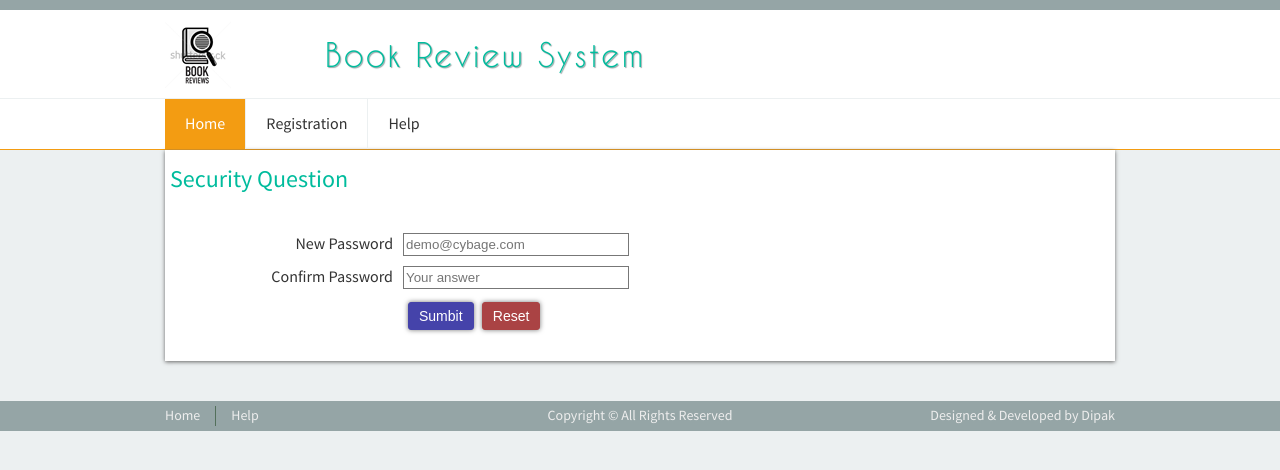
Repository: dipaksh/MyMiniProject
Page: http://localhost/BookReviewSystem/resetpassword.jsp
The author's editor kept a copy of each file at every save. The page is drawn from the files as they stood at one save, then again after the next save.
The browser window is 1280 px wide. The pictures show the whole page.
The page is served by Tomcat 9. Other server files are loaded and not shown.

Above is the page before, as saved 2016-09-20 13:45:11.

### LastDayDestiny/BookReviewSystem/WebContent/resetpassword.jsp

<!DOCTYPE html PUBLIC "-//W3C//DTD XHTML 1.0 Transitional//EN" "http://www.w3.org/TR/xhtml1/DTD/xhtml1-transitional.dtd">
<html xmlns="http://www.w3.org/1999/xhtml">

	<head>
		<meta content="text/html; charset=utf-8" http-equiv="Content-Type" />

		<title>Book Review System</title>
		<link rel="stylesheet" type="text/css" href="css/960_24_col.css" />
		<link rel="stylesheet" type="text/css" href="css/fonts.css" charset="utf-8" />
		<link href="css/validationEngine.jquery.css" rel="stylesheet" type="text/css" />
		<link rel="stylesheet" type="text/css" href="css/style.css" />
		<link rel="stylesheet" type="text/css" href="css/forms.css" />
		<script type="text/javascript" src="js/jquery-1.8.3.min.js"></script>
		<script src="js/jquery-ui-1.9.2.custom.min.js" type="text/javascript"></script>
		<script src="js/jquery.validationEngine.js" type="text/javascript"></script>
		<script src="js/jquery.validationEngine-en.js" type="text/javascript"></script>
		<script type="text/javascript" src="js/jquery.bxslider.min.js"></script>
		<script type="text/javascript" src="js/jquery.prettyPhoto.js"></script>
		<script type="text/javascript" src="js/custom.js"></script>
		<script type="text/javascript">
		var relTag = "home";
		</script>
	</head>
<body>
	<!-- HEADER START -->
	<div class="header">
	<div class="dark-nav">
			<div class="container_24">
				<div class="grid_12">
					<ul class="nav-alt">
					<li>

						<a href=""><b></b></a>
					</ul>
				</div>
				<div class="grid_12">

				</div>
				<div class="clear"></div>
			</div>
		</div>

		<div class="container_24">
			<div class="grid_4">
				<img alt="logo" src="images/bookreview.png" class="img-logo" />
			</div>
			<div class="grid_20">
				<h1 class="title">Book Review System</h1>
			</div>
			<div class="clear"></div>
		</div>

		<div class="nav-main-container">
			<div class="container_24">
				<div class="grid_24">
					<ul id="topmenunav" class="nav-main">
						<li><a rel="home" href=""index.jsp"">Home</a></li>
						<li><a rel="citizen" href="registration.jsp">Registration</a></li>
						<li><a rel="help" href="help.html">Help</a></li>
					</ul>
				</div>
				<div class="clear"></div>
			</div>
		</div>
	</div>
	<!-- HEADER END -->


	<!-- CONTENTS START -->
	<div class="container_24">
		<div class="grid_24">
			<div class="contents">

			<div class="grid_18 omega">
						 &nbsp;&nbsp;<h2>Security Question</h2>
							<div class="padding_20 text-justify">
								<form id="frmMain" class="frmMain" action="#" method="post">
									<table class="form-table" style="width:auto">
									<tr>
											<th>
												New Password
											</th>
											<td>
												<input id="email" type="text"  class="validate[required]" name="email" style="width:120%" placeholder="demo@cybage.com" value="" onChange="verifyemailid()" />

											</td>

										</tr>

										<tr>
											<th>
												Confirm Password
											</th>
											<td>
												<input id="answer" type="text"  class="validate[required]" name="answer" style="width:120%" placeholder="Your answer" value=""  />
											</td>

										</tr>
										<tr>
											<th>
												&nbsp;
											</th>
											<td>
												<input id="Submit1" type="submit" value="Sumbit"  />
												<input id="Reset1" type="reset" value="Reset" onclick="this.form.clear();" />
											</td>
										</tr>
									</table>
								</form>
							</div>
						</div>

					<div class="clear"></div>
					</div>
				</div>
			</div>

				<div class="clear"></div>
				<div class="padding_20 text-justify">

				</div>

		</div>
	</div>
	<!-- CONTENTS END -->



	<!-- FOOTER START -->
	<div class="dark-nav footer">
		<div class="container_24">
			<div class="grid_8">
				<ul class="nav-alt">
					<li><a href=""index.jsp"">Home</a></li>
					<li><a href="#">Help</a></li>
				</ul>
			</div>
			<div class="grid_8">
				<div class="text-center">Copyright &copy; All Rights Reserved</div>
			</div>
			<div class="grid_8">
				<div class="text-right">Designed &amp; Developed by Dipak</div>
			</div>
			<div class="clear"></div>
		</div>
	</div>
	<!-- FOOTER START -->


</body>

</html>

### LastDayDestiny/BookReviewSystem/WebContent/css/fonts.css
@font-face {
    font-family: 'entypo';
    src: url('../fonts/entypo.eot');
    src: url('../fonts/entypo.eot?#iefix') format('embedded-opentype'),
         url('../fonts/entypo.woff') format('woff'),
         url('../fonts/entypo.ttf') format('truetype'),
         url('../fonts/entypo.svg#entypo') format('svg');
    font-weight: normal!important;
    font-style: normal!important;
}

@font-face {
    font-family: 'source_sans_proregular';
    src: url('../fonts/sourcesanspro-regular-webfont.eot');
    src: url('../fonts/sourcesanspro-regular-webfont.eot?#iefix') format('embedded-opentype'),
         url('../fonts/sourcesanspro-regular-webfont.woff') format('woff'),
         url('../fonts/sourcesanspro-regular-webfont.ttf') format('truetype'),
         url('../fonts/sourcesanspro-regular-webfont.svg#source_sans_proregular') format('svg');
    font-weight: normal;
    font-style: normal;

}

@font-face {
    font-family: 'caviar_dreamsregular';
    src: url('../fonts/CaviarDreams-webfont.eot');
    src: url('../fonts/CaviarDreams-webfont.eot?#iefix') format('embedded-opentype'),
         url('../fonts/CaviarDreams-webfont.woff') format('woff'),
         url('../fonts/CaviarDreams-webfont.ttf') format('truetype'),
         url('../fonts/CaviarDreams-webfont.svg#caviar_dreamsregular') format('svg');
    font-weight: normal;
    font-style: normal;

}

### LastDayDestiny/BookReviewSystem/WebContent/css/validationEngine.jquery.css



/* Z-INDEX */
 .formError { z-index: 990; }
    .formError .formErrorContent { z-index: 991; }
    .formError .formErrorArrow { z-index: 996; }

    .ui-dialog .formError { z-index: 5000; }
    .ui-dialog .formError .formErrorContent { z-index: 5001; }
    .ui-dialog .formError .formErrorArrow { z-index: 5006; }




.inputContainer {
	position: relative;
	float: left;
}

.formError {
	position: absolute;
	top: 300px;
	left: 300px;
	display: block;
	cursor: pointer;
	text-align: left;
}

.formError.inline {
	position: relative;
	top: 0;
	left: 0;
	display: inline-block;
}

.ajaxSubmit {
	padding: 20px;
	background: #55ea55;
	border: 1px solid #999;
	display: none;
}

.formError .formErrorContent {
	width: 100%;
	background: #ac193d;
	position:relative;
	color: #fff;
	min-width: 120px;
	font-size: 11px;
	border: 1px solid #ddd;
	box-shadow: 0 0 3px #000;
	-moz-box-shadow: 0 0 3px #000;
	-webkit-box-shadow: 0 0 3px #000;
	-o-box-shadow: 0 0 3px #000;
	padding: 4px 10px 4px 10px;
	border-radius: 3px;
	-moz-border-radius: 3px;
	-webkit-border-radius: 3px;
	-o-border-radius: 3px;
}

.formError.inline .formErrorContent {
	box-shadow: none;
	-moz-box-shadow: none;
	-webkit-box-shadow: none;
	-o-box-shadow: none;
	border: none;
	border-radius: 0;
	-moz-border-radius: 0;
	-webkit-border-radius: 0;
	-o-border-radius: 0;
}

.greenPopup .formErrorContent {
	background: #33be40;
}

.blackPopup .formErrorContent {
	background: #393939;
	color: #FFF;
}

.formError .formErrorArrow {
	width: 15px;
	margin: -2px 0 0 13px;
	position:relative;
}
body[dir=rtl] .formError .formErrorArrow, body.rtl .formError .formErrorArrow {
	margin: -2px 13px 0 0;
}

.formError .formErrorArrowBottom {
	box-shadow: none;
	-moz-box-shadow: none;
	-webkit-box-shadow: none;
	-o-box-shadow: none;
	margin: 0px 0 0 12px;
	top:2px;
}

.formError .formErrorArrow div {
	border-left: 2px solid #ddd;
	border-right: 2px solid #ddd;
	box-shadow: 0 2px 3px #444;
	-moz-box-shadow: 0 2px 3px #444;
	-webkit-box-shadow: 0 2px 3px #444;
	-o-box-shadow: 0 2px 3px #444;
	font-size: 0px;
	height: 1px;
	background: #ac193d;
	margin: 0 auto;
	line-height: 0;
	font-size: 0;
	display: block;
}

.formError .formErrorArrowBottom div {
	box-shadow: none;
	-moz-box-shadow: none;
	-webkit-box-shadow: none;
	-o-box-shadow: none;
}

.greenPopup .formErrorArrow div {
	background: #33be40;
}

.blackPopup .formErrorArrow div {
	background: #393939;
	color: #FFF;
}

.formError .formErrorArrow .line10 {
	width: 15px;
	border: none;
}

.formError .formErrorArrow .line9 {
	width: 13px;
	border: none;
}

.formError .formErrorArrow .line8 {
	width: 11px;
}

.formError .formErrorArrow .line7 {
	width: 9px;
}

.formError .formErrorArrow .line6 {
	width: 7px;
}

.formError .formErrorArrow .line5 {
	width: 5px;
}

.formError .formErrorArrow .line4 {
	width: 3px;
}

.formError .formErrorArrow .line3 {
	width: 1px;
	border-left: 2px solid #ddd;
	border-right: 2px solid #ddd;
	border-bottom: 0 solid #ddd;
}

.formError .formErrorArrow .line2 {
	width: 3px;
	border: none;
	background: #ddd;
}

.formError .formErrorArrow .line1 {
	width: 1px;
	border: none;
	background: #ddd;
}

### LastDayDestiny/BookReviewSystem/WebContent/css/style.css
.test
{
	background-color:#ccc;
}

body{
	background-color:#ecf0f1;
	font-family: 'source_sans_proregular';
	font-size:16px;
	line-height:20px;
	margin:0;
	color:#333;
}

a
{
	color:#e67e22;
	text-decoration: none;
	-webkit-transition: all 200ms ease-in;
    -o-transition: all 200ms ease-in;
    -moz-transition: all 200ms ease-in;
}
a:hover
{
	color:#00bc9d;
}
a img {
	border: 0;
}

p{
	margin-top:0;
	margin-bottom:10px;
	text-align:justify;
}
hr
{
	margin:5px 0;
	border-color:#ccc;
	border-right:0 none;
	border-width:1px 0 0;
	border-style:solid;
	box-sizing:content-box;
	-moz-box-sizing:content-box;
}

h1{
	font-family: 'caviar_dreamsregular';
	font-size:32px;
	letter-spacing:2px;
	color:#00bc9d;
	font-weight:normal;
}
h2{
	font-size:24px;
	color:#00bc9d;
	font-weight:normal;
	margin-top:0;
}
h3{
	font-size:18px;
	font-weight:normal;
	margin-top:0;
	margin-bottom:0;
}
h4{
	color:#00bc9d;
	font-size:18px;
	font-weight:normal;
	margin-top:0;
	margin-bottom:0;

}
h5
{
	font-size:20px;
	color:#00bc9d;
	font-weight:normal;
	margin-top:0;

}
h6
{
	font-size:16px;
	color:#f39c11;
	font-weight:normal;
	margin:0 5px 0 0;
	padding:0;
	display:inline-block;
}


h7
{
	font-size:16px;
	color:#00bc9d;
	font-weight:normal;
	margin-top:0;

}


.icon
{
	font-family: 'entypo';
	line-height:0;
	font-size:30px;
	margin:0 5px 0 5px;
}


.icon-link
{
	position:relative;
}
.icon-link .icon
{
	position:absolute;
	float:right;
	top:2px;
}


/* HEADER */
.header{
	background-color:#fff;
	border-bottom:1px solid #f39c12;
}


.dark-nav{
	background-color:#95a5a6;
	padding:5px 0;
	color:#eee;
}

.dark-nav input[type=button],
.dark-nav input[type=submit]
{
	padding:1px 5px;
	margin:0;
}


.nav-alt{
	list-style-type:none;
	margin:0;
	padding:0;
	font-size:14px;
}
.nav-alt li{
	float:left;
	margin:0;
	padding:0 15px;
	border-left:1px solid #53705b;
}
.nav-alt li:first-child{
	padding-left:0;
	border-left:0;
}
.nav-alt li a{
	color:#eee;
}
.nav-alt li a:hover{
	color:#fff;
}


.img-logo{
	margin:5px 0;
}
.title{
	margin-top:35px;
	-webkit-text-shadow: 1px 1px 1px #95a5a6;
	-moz-text-shadow: 1px 1px 1px #95a5a6;
	text-shadow: 1px 1px 1px #95a5a6;
}


/* MAIN MENU */
.nav-main-container{
	border-top:1px solid #ecf0f1;
}
.nav-main,
.nav-main ul{
	list-style-type:none;
	margin:0;
	padding:0;
}
.nav-main li{
	float:left;
	margin:0;
	padding:0;
	border-left:1px solid #ecf0f1;
	position:relative;
}
.nav-main li:first-child{
	border-left:0;
}
.nav-main li a{
	color:#333;
	padding:15px 20px;
	display:block;
}
.nav-main li:hover,
.nav-main li.active,
.nav-main li.active a,
.nav-main li:hover a{
	color:#fff;
	background-color:#f39c12;
}
.nav-main ul{
	z-index:9999;
	position:absolute;
	left:0;
	top: 50px;
	display: none;
	background-color: #f39c12;
	/*width: 160px;*/
}
.nav-main li li{
	border-left: 0;
	border-bottom: 1px solid #ecf0f1;
	width: 165px;
}
.nav-main li li:hover,
.nav-main li li:hover a{
	background-color:#e67e22;
}
.nav-main li:hover ul{
	display: block;
}
.nav-main .icon
{
	display:block;
	float:right;
	margin:3px 0 0 7px;
}



/* CONTENTS */
.contents{
	background-color:#fff;
	-webkit-box-shadow: 0px 1px 4px #666;
	-moz-box-shadow: 0px 1px 4px #666;
	box-shadow: 0px 1px 4px #666;
}


/* ACCORDION & SIDEBAR & NEWS-TICKER */
.nav-sidebar
{
	background-color:#ecf0f1;
}
.accordion
{
}
.nav-sidebar ul
{
	list-style-type:none;
	margin:0;
	padding:0;
}
.ui-accordion .ui-accordion-header
{
	padding:12px 10px;
	display:block;
	background-color:#6ba4e7;
	color:#fff;
	cursor: pointer;
	position: relative;
	zoom: 1;
	margin-bottom:1px;
}
.ui-accordion .ui-accordion-content
{
	background-color:#ecf0f1;
	padding:10px;
	zoom: 1;
	margin-bottom:1px;
}
.nav-sidebar h3
{
	padding:12px 10px;
	display:block;
	background-color:#6ba4e7;
	color:#fff;
	cursor: pointer;
	position: relative;
	zoom: 1;
	margin-bottom:1px;
}

.nav-sidebar li
{
	padding:10px;
	border-top:1px solid #fff;
}
.nav-sidebar li:first-child
{
	border:0;
}
.nav-sidebar li a
{
	color:#333;
}
.nav-sidebar li.active a,
.nav-sidebar li a:hover
{
	color:#e67e22;
}
.ui-accordion.nav-sidebar .ui-accordion-content
{
	padding:0px;
}
.news-ticker
{
}
.news-ticker .icon
{
	color:#fd5760;
	display:block;
	float:left;
	font-size:50px;
	margin:2px 5px 0 0px;
	padding-bottom:20px;
}
.news-ticker1
{
}
.news-ticker1 .icon
{
	color:#fd5760;
	//display:block;
	float:left;
	font-size:30px;
	margin:0px 0px 0 0px;
	padding-bottom:20px;
}

.bx-wrapper
{
	margin-top:-1px!important;
}


/* TABS */
.tabs-container
{
}
.tabs,
.tabs ul
{
	list-style-type:none;
	margin:0;
	padding:0;
	display:block;
	width:100%;
}
.tabs li
{
	float:left;
	background-color:#ecf0f1;
	margin-right:1px;
}
.tabs li a
{
	color:#333;
	display:block;
	padding:10px 20px;
}
.tabs .ui-state-hover,
.tabs .ui-state-hover a,
.tabs .ui-state-active,
.tabs .ui-state-active a
{
	color:#fff;
	background-color:#6ba5e7;
}
.tabs-contents
{
	border:1px solid #ecf0f1;
	padding:10px;
}


/* SLIDER */
.slider-container{
	background-color:#7f8c8d;
	padding:20px 0;
}
.slider{
	position: relative;
    overflow: hidden;
}
.slider .icon
{
	display:block;
	float:right;
	margin:3px 0 0 7px;
}

ul.slider,
.slider ul{
	list-style-type:none;
	margin:0;
	padding:0;
}
.slider li{
	float:left;
	background-color:#fff;
	padding:5px 5px 0 5px;
	-webkit-box-shadow: 0px 0px 4px #000;
	-moz-box-shadow: 0px 0px 4px #000;
	box-shadow: 0px 0px 4px #000;

}
.slider img{
	width:150px;
	height:120px;
}
.slider-left,
.slider-right{
	font-family: 'entypo';
	font-size:50px;
	display:block;
	text-align:center;
	width:42px;
	height:42px;
	cursor:default;
	margin-top:40px;
	padding:1px;
	background-color:#fff;
}
.slider-right{
	margin-left:-13px;
}
.slider-left a,
.slider-right a{
	color:#f39c12;
}

.slider-left img,
.slider-right img{
	margin-top:40px;
}



/* FOOTER */
.footer{
	font-size:14px;
}



/* HELPERS */
.table11{
	border-collapse:collapse;
	border-spacing:0;
	border-color:#ecf0f1;
	margin-bottom:5px;
}



.table11 th{
	background-color:#ecf0f1;
	text-align:center;
	border:1px solid #cfd6d8;
}

.table11 td{

	padding:5px;
	border:1px solid #cfd6d8;
}

.table11 b1{


	border:1px solid #000000;

}


.text-indent{
	text-indent: 20px;
}
.text-right{
	text-align:right;
}
.text-center{
	text-align:center;
}
.text-justify{
	text-align:justify;
}
.padding_20{
	padding:20px;
}
.float-right{
	float:right;
}


#results{
/*font: 12px Arial, Helvetica, sans-serif;
width: 400px;
margin-left: auto;
margin-right: auto;*/
}
#results .loading-indication{
	background:#FFFFFF;
	padding:10px;
	position: absolute;
}
.paginate {
	padding: 0px;
	margin: 0px;
	height: 30px;
	display: block;
	text-align: center;
}
.paginate li {
	display: inline-block;
	list-style: none;
	padding: 0px;
	margin-right: 1px;
	width: 30px;
	text-align: center;
	background:#666666;
	line-height: 25px;
}
.paginate .active {
	display: inline-block;
	list-style: none;
	padding: 0px;
	margin-right: 1px;
	width: 30px;
	text-align: center;
	line-height: 25px;
	background-color:  #4CC2AF;
}
.paginate li a{
	color:#FFFFFF;
	text-decoration:none;
}
.page_result{
	padding: 0px;
}
.page_result li{
	background: #E4E4E4;
	margin-bottom: 5px;
	padding: 10px;
	font-size: 12px;
	list-style: none;
}
.page_result .page_name {
font-size: 14px;
font-weight: bold;
margin-right: 5px;
}




.hide{
	/*visibility:hidden;*/
	display:none;
}
.show{
	/*visibility:visible;*/
	display:inline-block;
}
tr.show{
	display:table-row;
}

### LastDayDestiny/BookReviewSystem/WebContent/css/forms.css
form, fieldset, legend{margin:0; padding:0; border:none;}
legend{display:none;}

input[type=text], input[type=password], input[type=file], select, textarea
{
	background-color:#fff;
	color:#2c2d36;
	border:1px #777 solid;
	padding:3px 2px;
	width:100%;
}
textarea{
	resize:none;
}

input.txtDatePicker{
	background-image:url('../images/calendar.png');
	background-repeat:no-repeat;
	background-position:right 5px;
}


input[type=button], input[type=submit], .btn-main
{
	cursor:pointer;
	border:0;
	font-size:14px;
	color:#fff;
	background-color:#4543aa;
	text-align:center;
	padding:5px 10px;
	margin:0px 5px 0 5px;
    text-decoration:none;
    -webkit-transition: all 200ms ease-in;
    -o-transition: all 200ms ease-in;
    -moz-transition: all 200ms ease-in;
    border:1px solid #4543aa;
    -webkit-border-radius: 3px;
    border-radius: 3px;
    -webkit-box-shadow:0px 0px 5px #777;
	-moz-box-shadow:0px 0px 5px #777;
	box-shadow:0px 0px 5px #777;
}

input[type=button]:hover, input[type=submit]:hover, .btn-main:hover
{
	color:#4543aa;
	background-color:#fff;
}

input[type=reset], input.reset, .btn-reset
{
	cursor:pointer;
	border:0;
	font-size:14px;
	color:#fff;
	background-color:#aa4344;
	text-align:center;
	padding:5px 10px;
	margin:3px 5px 2px 0;
    text-decoration:none;
    -webkit-transition: all 200ms ease-in;
    -o-transition: all 200ms ease-in;
    -moz-transition: all 200ms ease-in;
    border:1px solid #aa4344;
    -webkit-border-radius: 3px;
    border-radius: 3px;
    -webkit-box-shadow:0px 0px 5px #777;
	-moz-box-shadow:0px 0px 5px #777;
	box-shadow:0px 0px 5px #777;
}
input[type=reset]:hover, input.reset:hover, .btn-reset:hover
{
	color:#aa4344;
	background-color:#fff;
}

input[type=radio], input[type=checkbox]
{
	vertical-align:middle;
	margin-top:-1px;
	margin-right:4px;
}
label
{
  font-weight:normal;
  margin-top:5px;
}

.shadow_red{
	box-shadow:0 0 4px #ac193d;
	-moz-box-shadow:0 0 4px #ac193d;
	-webkit-box-shadow:0 0 4px #ac193d;
	-o-box-shadow:0 0 4px #ac193d;
	border:1px #ac193d solid!important;
}
.shadow_none{
	box-shadow: none;
	-moz-box-shadow: none;
	-webkit-box-shadow: none;
	-o-box-shadow: none;
	border:1px #777 solid;
}

.form-table
{
	width:100%;
	border:0;
}
.form-table td,
.form-table th
{
	padding-bottom:7px;
}
.form-table th
{
	font-weight:normal;
	width:200px;
	text-align:right;
	padding-right:7px;
}

Loaded but not shown: LastDayDestiny/BookReviewSystem/WebContent/js/jquery-1.8.3.min.js (library); LastDayDestiny/BookReviewSystem/WebContent/js/jquery-ui-1.9.2.custom.min.js (library); LastDayDestiny/BookReviewSystem/WebContent/js/jquery.validationEngine.js (library); LastDayDestiny/BookReviewSystem/WebContent/js/jquery.validationEngine-en.js (library); LastDayDestiny/BookReviewSystem/WebContent/js/jquery.bxslider.min.js (library); LastDayDestiny/BookReviewSystem/WebContent/js/jquery.prettyPhoto.js (library); LastDayDestiny/BookReviewSystem/WebContent/js/custom.js (106 lines, source omitted); LastDayDestiny/BookReviewSystem/WebContent/css/960_24_col.css (621 lines, source omitted)

After the next save:
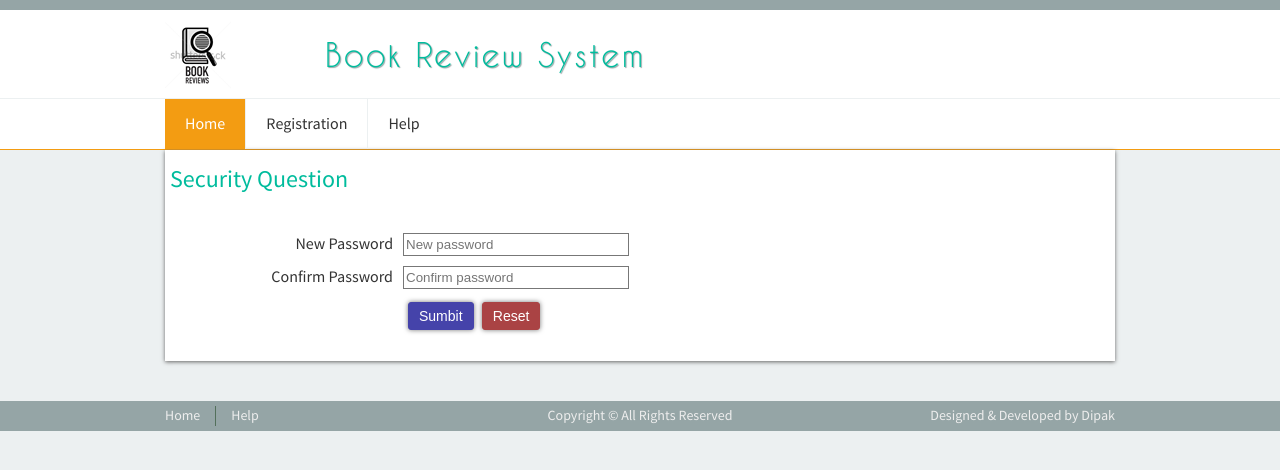
Saved 112 s later.
--- a/LastDayDestiny/BookReviewSystem/WebContent/resetpassword.jsp
+++ b/LastDayDestiny/BookReviewSystem/WebContent/resetpassword.jsp
@@ -82,7 +82,7 @@
 												New Password
 											</th>
 											<td>
-												<input id="email" type="text"  class="validate[required]" name="email" style="width:120%" placeholder="demo@cybage.com" value="" onChange="verifyemailid()" />
+												<input id="password" type="text"  class="validate[required]" name="password" style="width:120%" placeholder="New password" value="" " />
 
 											</td>
 
@@ -93,7 +93,7 @@
 												Confirm Password
 											</th>
 											<td>
-												<input id="answer" type="text"  class="validate[required]" name="answer" style="width:120%" placeholder="Your answer" value=""  />
+												<input id="cpassword" type="text"  class="validate[required]" name="cpassword" style="width:120%" placeholder="Confirm password" value=""  />
 											</td>
 
 										</tr>
